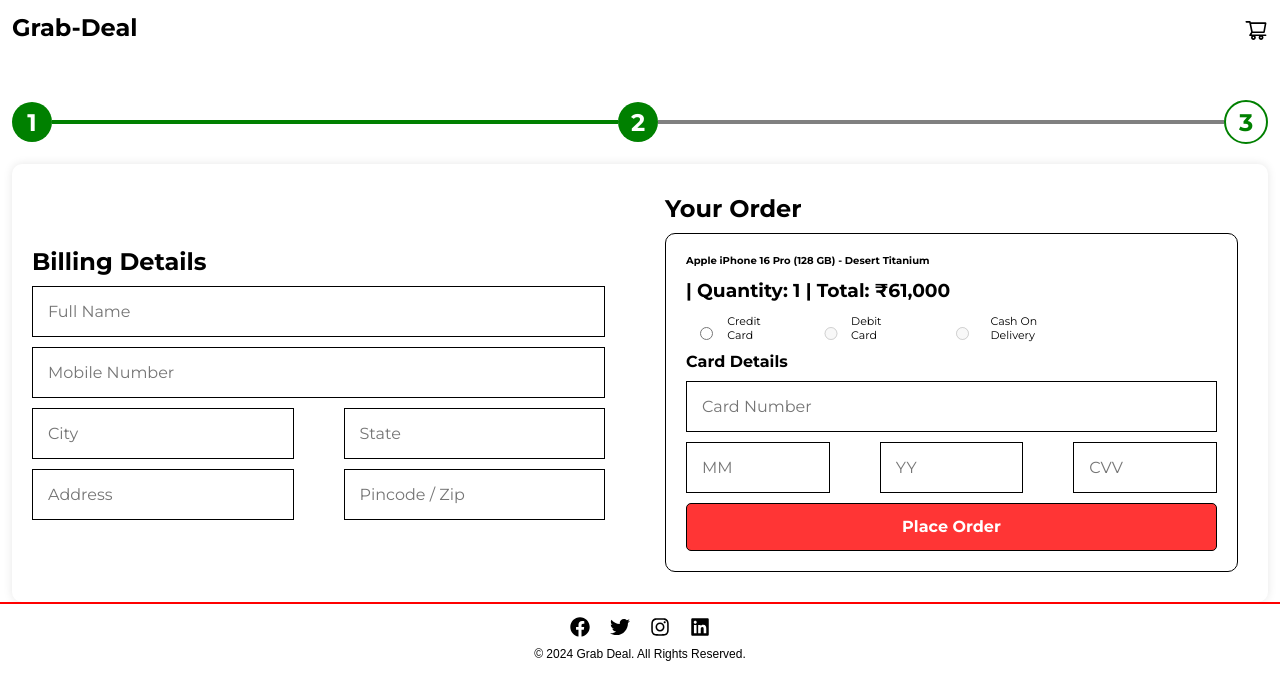
Repository: hlwsatyam/Iphone16Pro
Page: /CheckoutPage
These files come from the project's save history. The page is drawn as it stood at one moment and after a run of saves; the edit follows.
The browser window is 1280 px wide. The pictures show the whole page.
The project was rebuilt for these pictures with package versions that can differ from the ones it lists, and the page was loaded fresh each time. Also part of the build but not shown: src/hooks/useDocTitle.js, src/helpers/utils.js, src/components/filters/FilterBarOptions.js, src/components/filters/FilterBar.js, src/hooks/useActive.js, src/components/product/ProductCard.js, src/components/common/SectionsHead.js, src/components/common/Services.js and 19 more.

Above is the page before, as saved 2024-09-28 16:21:07.

After the next 2 saves:
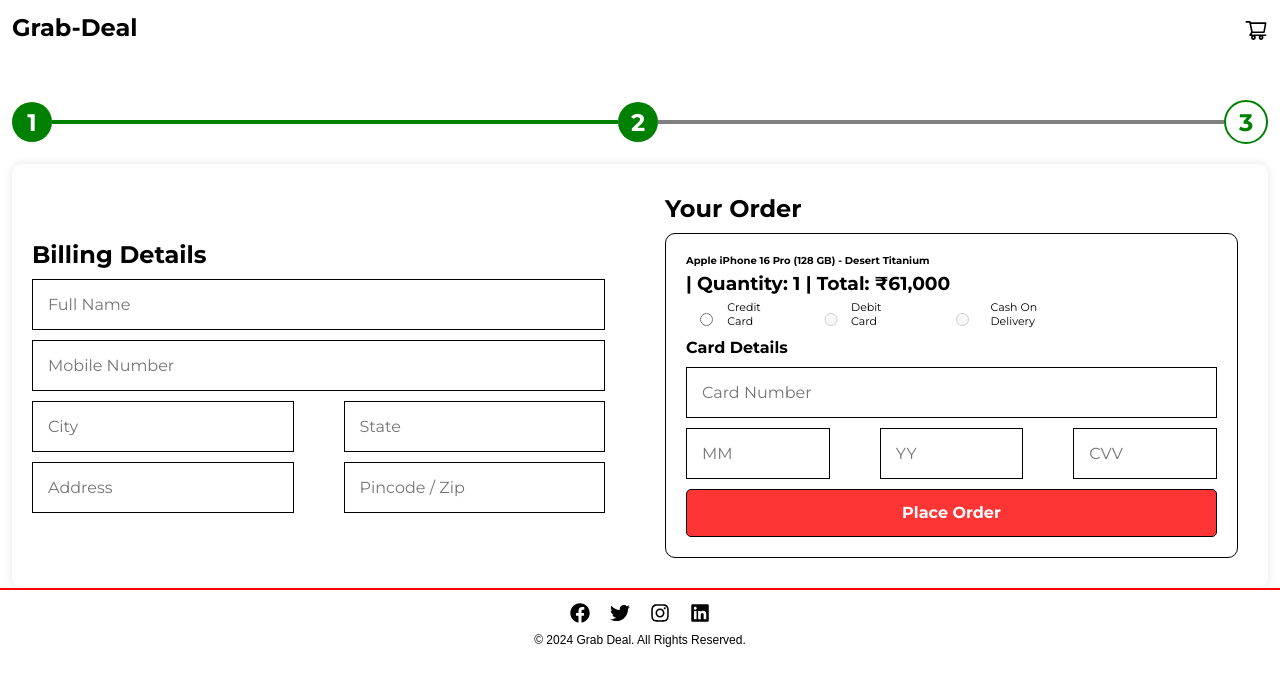
The 2 saves are shown as one change because they came seconds apart.
The last was saved 7 s later.
--- a/src/components/Extra/LargeArea.css
+++ b/src/components/Extra/LargeArea.css
@@ -99,7 +99,7 @@
   border-radius: 10px;
 
   .qunt {
-    margin: 12px 0 ;
+    margin: 5px 0 ;
 
   }
   .qunt2 {
